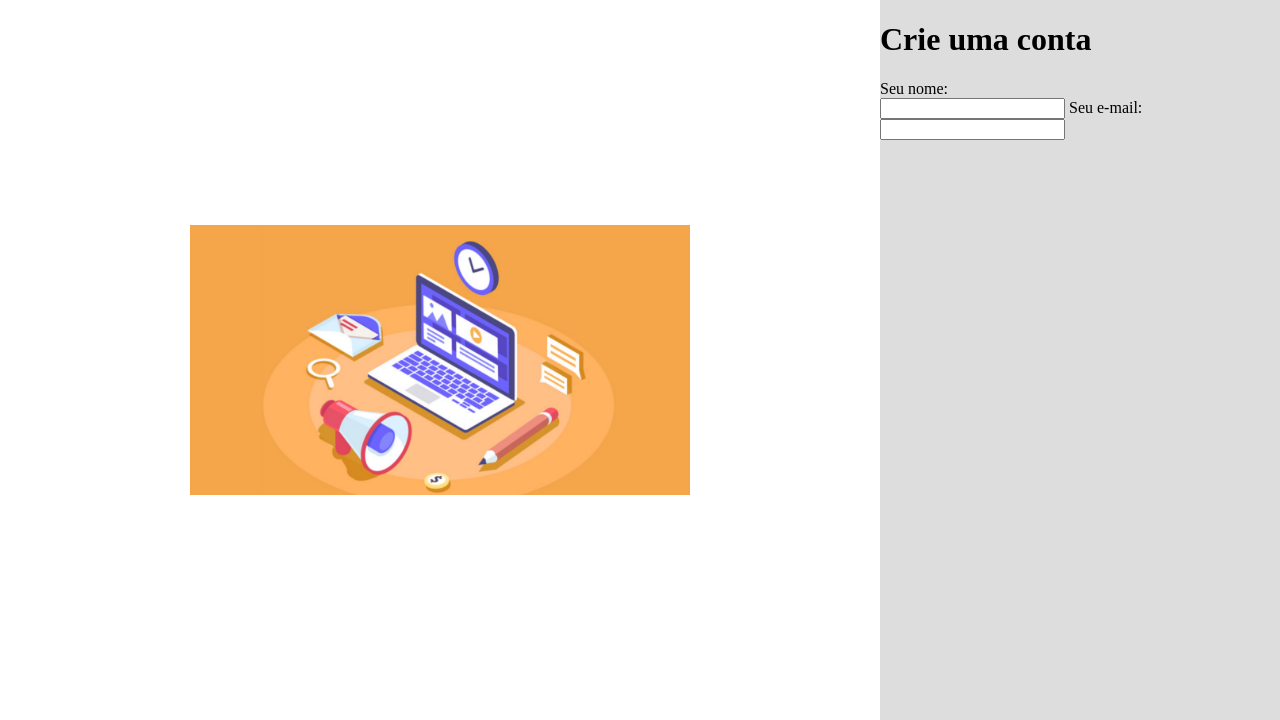
Repository: rafavirginio/tela-de-login
Page: index.html
These files come from the project's save history. The page is drawn as it stood at one moment and after the next save; the edit follows.
The browser window is 1280 px wide. The pictures show the whole page.

Above is the page before, as saved 2020-09-14 23:18:37.

After the next save:
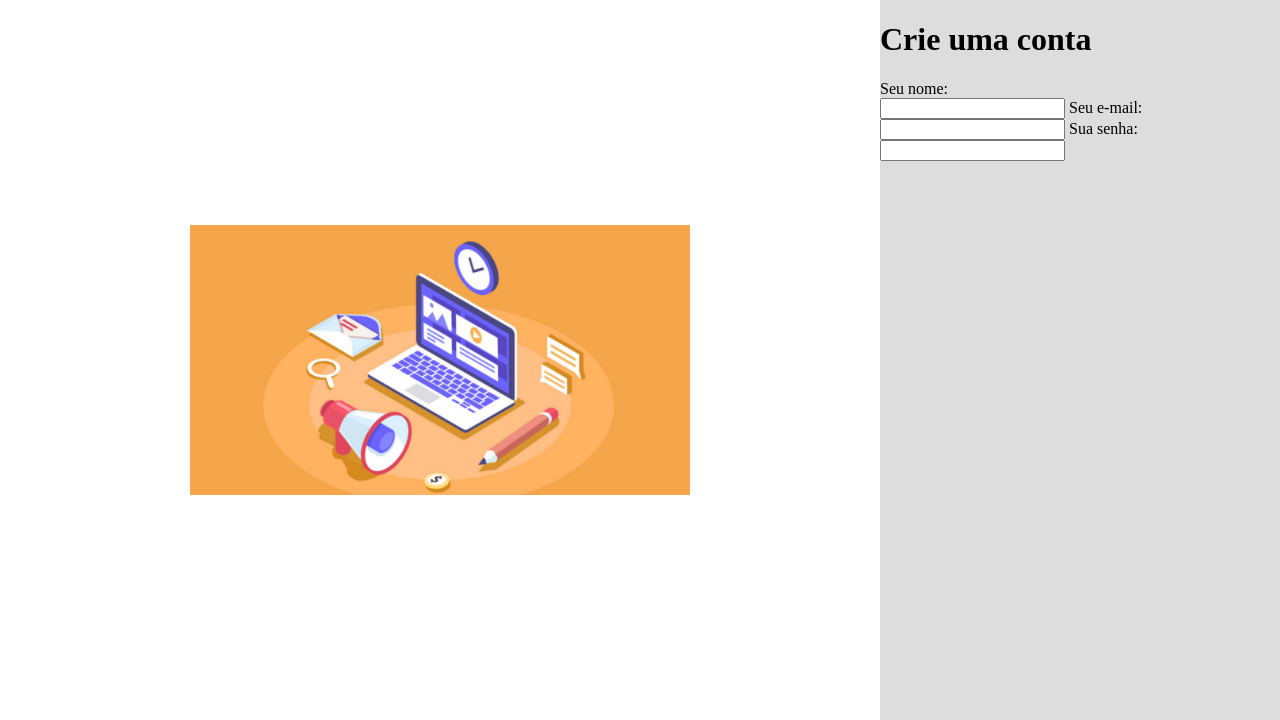
Saved 46 s later.
--- a/index.html
+++ b/index.html
@@ -28,6 +28,10 @@
                 Seu e-mail: <br/>
                 <input type="text" name="email" />
             </label>
+            <label>
+                Sua senha: <br/>
+                <input type="text" name="email" />
+            </label>
             <div>
             </div>
 
